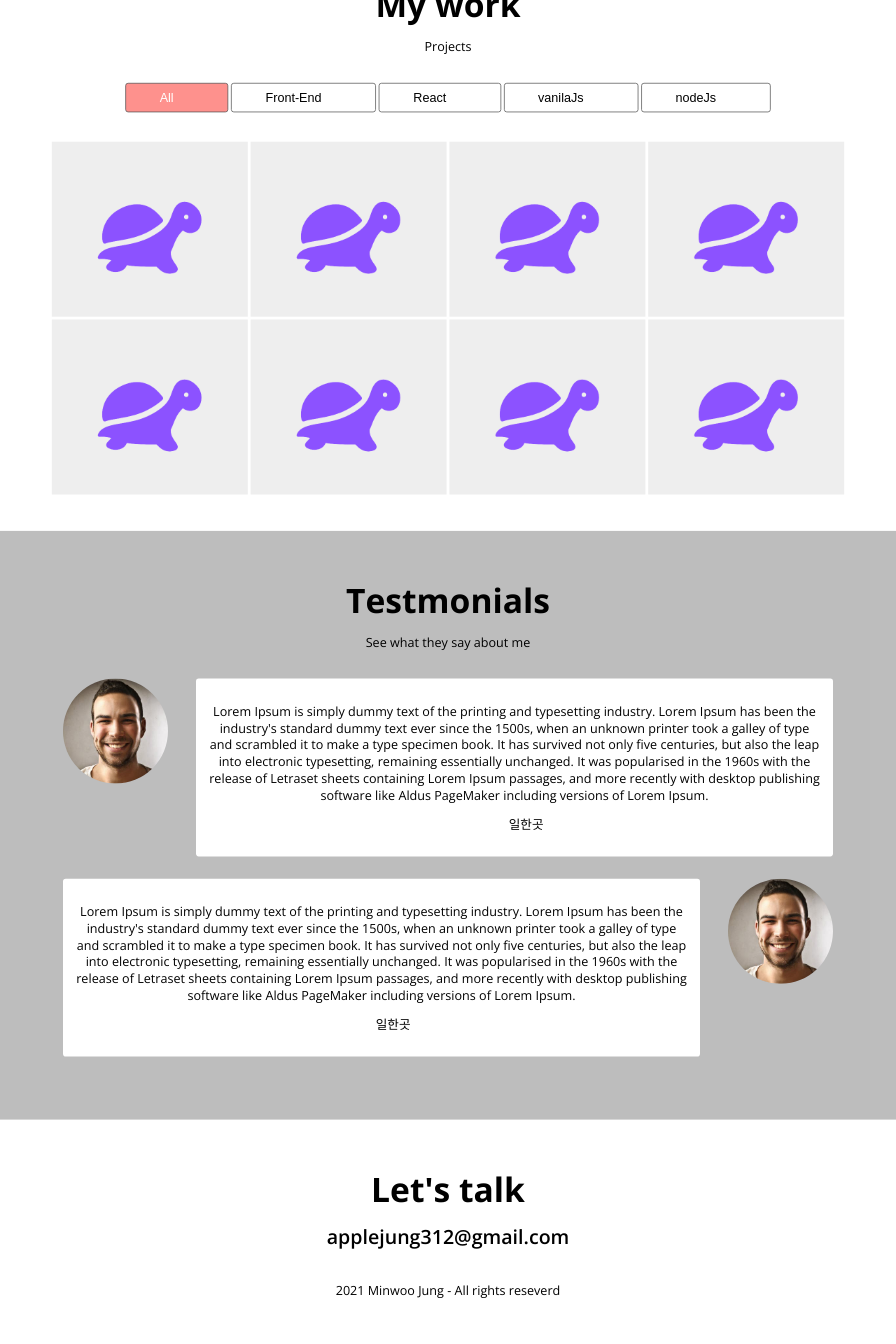
Repository: DevMinwoo-Jung/MinwooPortfolio
Page: index.html
The author's editor kept a copy of each file at every save. The page is drawn from the files as they stood at one save, then again after the next save.
The browser window is 1280 px wide. The pictures show the part of the page from y = 4159 to 6079 px (the page is 6079 px tall), at 70% of full size.

Above is the page before, as saved 2021-06-01 10:52:46.

After the next save:
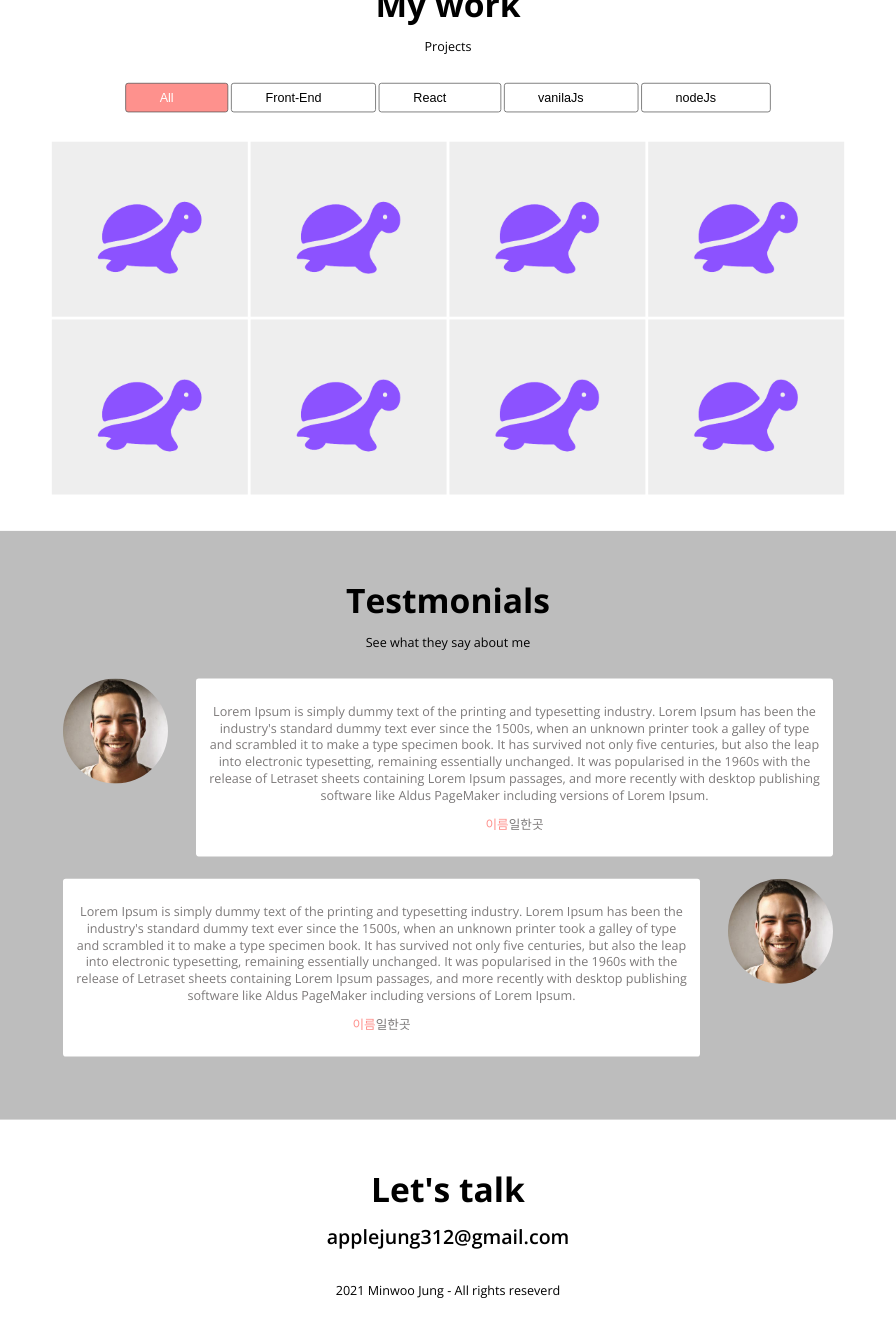
Saved 77 s later.
--- a/style.css
+++ b/style.css
@@ -421,3 +421,11 @@ button {
   background-color: var(--color-white);
   border-radius: var(--size-border-radius);
 }
+
+.testimonail__speech-bubble p {
+  color: var(--color-light-grey);
+}
+
+.testimonail__speech-bubble a {
+  color: var(--color-pink);
+}
